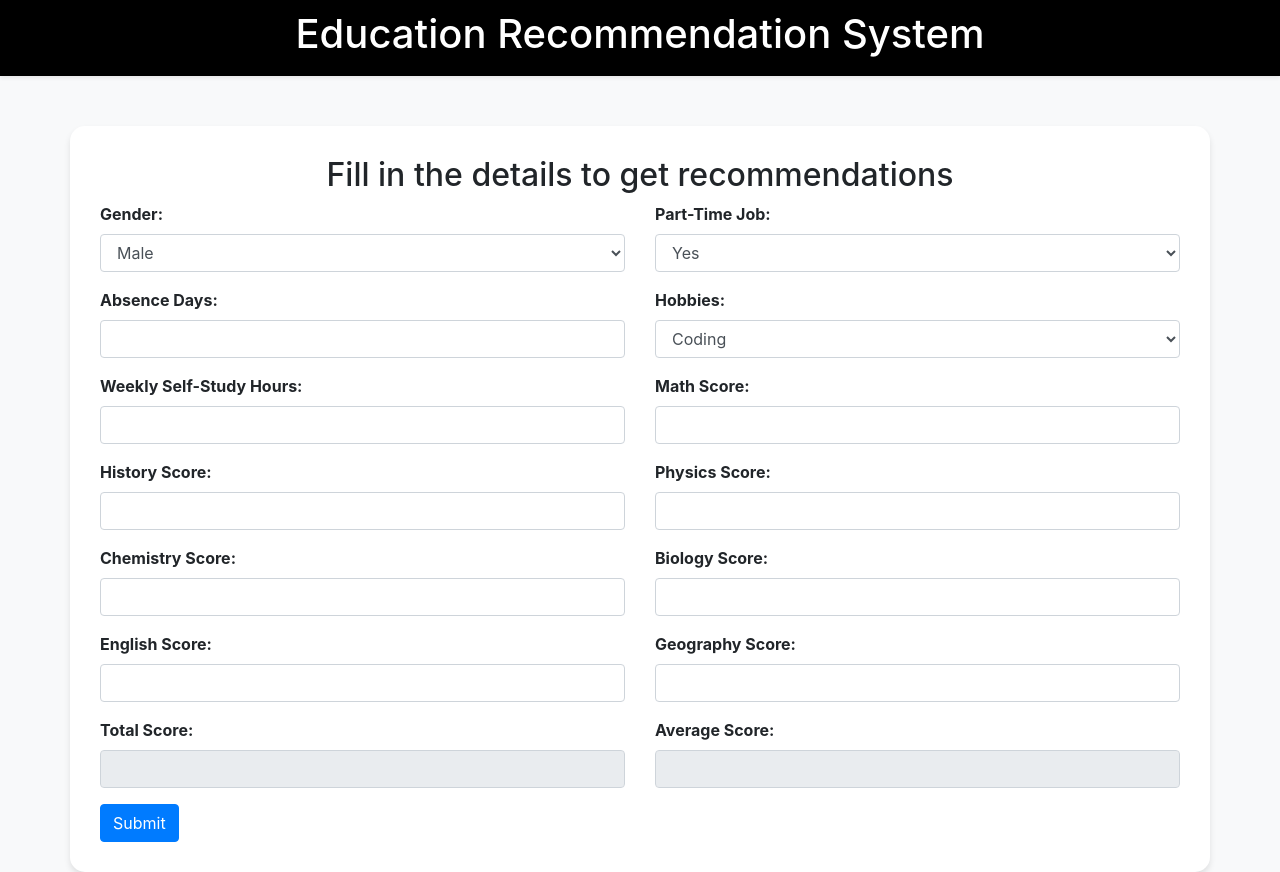
Repository: Srikeerthi05/Smart-career-guidance-system
Page: http://localhost/recommend
These files come from the project's save history. The page is drawn as it stood at one moment and after a run of saves; the edit follows.
The browser window is 1280 px wide. The pictures show the whole page.
Some web libraries are served in a nearby version. The page is served by the project's application, run on Flask 3 (app.py).

Above is the page before, as saved 2025-06-01 22:57:14.

### templates/recommend.html

<!DOCTYPE html>
<html lang="en">
<head>
    <meta charset="UTF-8">
    <meta name="viewport" content="width=device-width, initial-scale=1.0">
    <title>Studies Recommendation</title>
    <link rel="stylesheet" href="https://maxcdn.bootstrapcdn.com/bootstrap/4.5.2/css/bootstrap.min.css">
    <style>
        body {
            background-color: #f8f9fa;
        }

        .container {
            margin-top: 50px;
            border-radius: 15px;
            box-shadow: 0 4px 6px rgba(0, 0, 0, 0.1);
            padding: 30px;
            background-color: #fff;
        }

        .form-group label {
            font-weight: bold;
        }
    </style>
    <script>
        function calculateScores() {
            var mathScore = parseFloat(document.getElementById("math_score").value);
            var historyScore = parseFloat(document.getElementById("history_score").value);
            var physicsScore = parseFloat(document.getElementById("physics_score").value);
            var chemistryScore = parseFloat(document.getElementById("chemistry_score").value);
            var biologyScore = parseFloat(document.getElementById("biology_score").value);
            var englishScore = parseFloat(document.getElementById("english_score").value);
            var geographyScore = parseFloat(document.getElementById("geography_score").value);

            var totalScore = mathScore + historyScore + physicsScore + chemistryScore + biologyScore + englishScore + geographyScore;
            var averageScore = totalScore / 7;

            document.getElementById("total_score").value = totalScore.toFixed(2);
            document.getElementById("average_score").value = averageScore.toFixed(2);
        }
    </script>
</head>
<body>
<div class="mynav shadow-sm" style="background:black; color:white;font-weight:bold; padding:10px;width:100%;">
        <h1 class="text-center">Education Recommendation System</h1>
    </div>
<div class="container">
    <h2 class="text-center">Fill in the details to get recommendations</h2>
    <form method="post" action="/pred">
        <div class="row">
            <div class="col-md-6">
                <div class="form-group">
                    <label for="gender">Gender:</label>
                    <select class="form-control" id="gender" name="gender">
                        <option value="male">Male</option>
                        <option value="female">Female</option>
                    </select>
                </div>
            </div>
            <div class="col-md-6">
                <div class="form-group">
                    <label for="part_time_job">Part-Time Job:</label>
                    <select class="form-control" id="part_time_job" name="part_time_job">
                        <option value="true">Yes</option>
                        <option value="false">No</option>
                    </select>
                </div>
            </div>
        </div>
        <div class="row">
            <div class="col-md-6">
                <div class="form-group">
                    <label for="absence_days">Absence Days:</label>
                    <input type="number" class="form-control" id="absence_days" name="absence_days">
                </div>
            </div>
            <div class="col-md-6">
                <div class="form-group">
                    <label for="hobbies">Hobbies:</label>
                    <select class="form-control" id="hobbies" name="hobbies">
                         <option value="coding">Coding</option>
                        <option value="writing">Writing</option>
                        <option value="drawing">Drawing</option>
                        <option value="sports">Sports</option>
                        <option value="music">Music</option>
                        <option value="public_speaking">Public Speaking</option>
                        <option value="gaming">Gaming</option>
                        <option value="photography">Photography</option>
                    </select>
                </div>
            </div>
        </div>
        <div class="row">
            <div class="col-md-6">
                <div class="form-group">
                    <label for="weekly_self_study_hours">Weekly Self-Study Hours:</label>
                    <input type="number" class="form-control" id="weekly_self_study_hours" name="weekly_self_study_hours">
                </div>
            </div>
            <div class="col-md-6">
                <div class="form-group">
                    <label for="math_score">Math Score:</label>
                    <input type="number" class="form-control" id="math_score" name="math_score" onchange="calculateScores()">
                </div>
            </div>
        </div>
        <div class="row">
            <div class="col-md-6">
                <div class="form-group">
                    <label for="history_score">History Score:</label>
                    <input type="number" class="form-control" id="history_score" name="history_score" onchange="calculateScores()">
                </div>
            </div>
            <div class="col-md-6">
                <div class="form-group">
                    <label for="physics_score">Physics Score:</label>
                    <input type="number" class="form-control" id="physics_score" name="physics_score" onchange="calculateScores()">
                </div>
            </div>
        </div>
        <div class="row">
            <div class="col-md-6">
                <div class="form-group">
                    <label for="chemistry_score">Chemistry Score:</label>
                    <input type="number" class="form-control" id="chemistry_score" name="chemistry_score" onchange="calculateScores()">
                </div>
            </div>
            <div class="col-md-6">
                <div class="form-group">
                    <label for="biology_score">Biology Score:</label>
                    <input type="number" class="form-control" id="biology_score" name="biology_score" onchange="calculateScores()">
                </div>
            </div>
        </div>
        <div class="row">
            <div class="col-md-6">
                <div class="form-group">
                    <label for="english_score">English Score:</label>
                    <input type="number" class="form-control" id="english_score" name="english_score" onchange="calculateScores()">
                </div>
            </div>
            <div class="col-md-6">
                <div class="form-group">
                    <label for="geography_score">Geography Score:</label>
                    <input type="number" class="form-control" id="geography_score" name="geography_score" onchange="calculateScores()">
                </div>
            </div>
        </div>
        <div class="row">
            <div class="col-md-6">
                <div class="form-group">
                    <label for="total_score">Total Score:</label>
                    <input type="number" class="form-control" id="total_score" name="total_score" readonly>
                </div>
            </div>
            <div class="col-md-6">
                <div class="form-group">
                    <label for="average_score">Average Score:</label>
                    <input type="number" step="0.000001" class="form-control" id="average_score" name="average_score" readonly>
                </div>
            </div>
        </div>
        <!-- Add more form fields here as needed -->

        <button type="submit" class="btn btn-primary">Submit</button>
    </form>
</div>

</body>
</html>

### app.py
# pip install scikit-learn==1.3.2
# pip install numpy
# pip install flask


# load packages==============================================================
from flask import Flask, render_template, request
import pickle
import numpy as np

app = Flask(__name__)

# Load the scaler, label encoder, model, and class names=====================
scaler = pickle.load(open("scaler.pkl", 'rb'))
model = pickle.load(open("model.pkl", 'rb'))
class_names = ['Lawyer', 'Doctor', 'Government Officer', 'Artist',
               'Software Engineer', 'Teacher', 'Business Owner', 'Scientist',
               'Banker', 'Writer', 'Accountant', 'Designer',
               'Construction Engineer', 'Game Developer', 'Stock Investor',
               'Real Estate Developer']

# Recommendations ===========================================================
def Recommendations(gender, part_time_job, absence_days, extracurricular_activities,
                    weekly_self_study_hours, math_score, history_score, physics_score,
                    chemistry_score, biology_score, english_score, geography_score,
                    total_score, average_score):
    # Encode categorical variables
    gender_encoded = 1 if gender.lower() == 'female' else 0
    part_time_job_encoded = 1 if part_time_job else 0
    extracurricular_activities_encoded = 1 if extracurricular_activities else 0

    # Create feature array
    feature_array = np.array([[gender_encoded, part_time_job_encoded, absence_days, extracurricular_activities_encoded,
                               weekly_self_study_hours, math_score, history_score, physics_score,
                               chemistry_score, biology_score, english_score, geography_score, total_score,
                               average_score]])

    # Scale features
    scaled_features = scaler.transform(feature_array)

    # Predict using the model
    probabilities = model.predict_proba(scaled_features)

    # Get top five predicted classes along with their probabilities
    top_classes_idx = np.argsort(-probabilities[0])[:3]
    top_classes_names_probs = [(class_names[idx], probabilities[0][idx]) for idx in top_classes_idx]

    return top_classes_names_probs



@app.route('/')
def home():
    return render_template('home.html')

@app.route('/recommend')
def recommend():
    return render_template('recommend.html')

@app.route('/pred', methods=['POST','GET'])
def pred():
    if request.method == 'POST':
        gender = request.form['gender']
        part_time_job = request.form['part_time_job'] == 'true'
        absence_days = int(request.form['absence_days'])
        hobbies = request.form.getlist('hobbies')
        weekly_self_study_hours = int(request.form['weekly_self_study_hours'])
        math_score = int(request.form['math_score'])
        history_score = int(request.form['history_score'])
        physics_score = int(request.form['physics_score'])
        chemistry_score = int(request.form['chemistry_score'])
        biology_score = int(request.form['biology_score'])
        english_score = int(request.form['english_score'])
        geography_score = int(request.form['geography_score'])
        total_score = float(request.form['total_score'])
        average_score = float(request.form['average_score'])

        hobbies_flag=True if hobbies else False
        recommendations = Recommendations(gender, part_time_job, absence_days,hobbies,
                                          weekly_self_study_hours, math_score, history_score, physics_score,
                                          chemistry_score, biology_score, english_score, geography_score,
                                          total_score, average_score)

        return render_template('results.html', recommendations=recommendations)
    return render_template('home.html')


if __name__ == '__main__':
    app.run(debug=True)

After the next 2 saves:
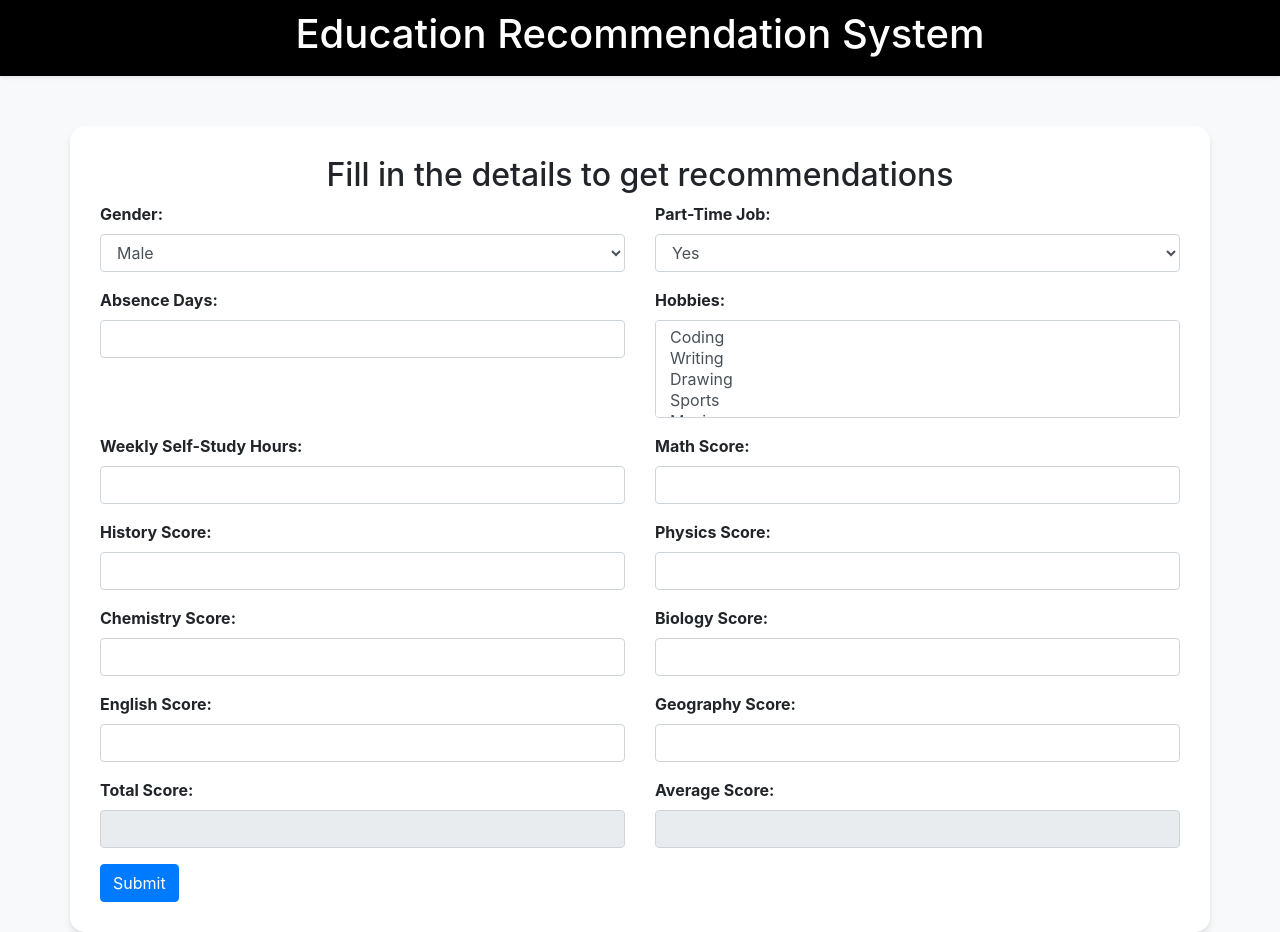
The 2 saves are shown as one change because they came seconds apart.
The last was saved 2 min 40 s later.
--- a/templates/recommend.html
+++ b/templates/recommend.html
@@ -78,7 +78,7 @@
             <div class="col-md-6">
                 <div class="form-group">
                     <label for="hobbies">Hobbies:</label>
-                    <select class="form-control" id="hobbies" name="hobbies">
+                    <select class="form-control" id="hobbies" name="hobbies" multiple>
                          <option value="coding">Coding</option>
                         <option value="writing">Writing</option>
                         <option value="drawing">Drawing</option>

After the 3 saves that followed:
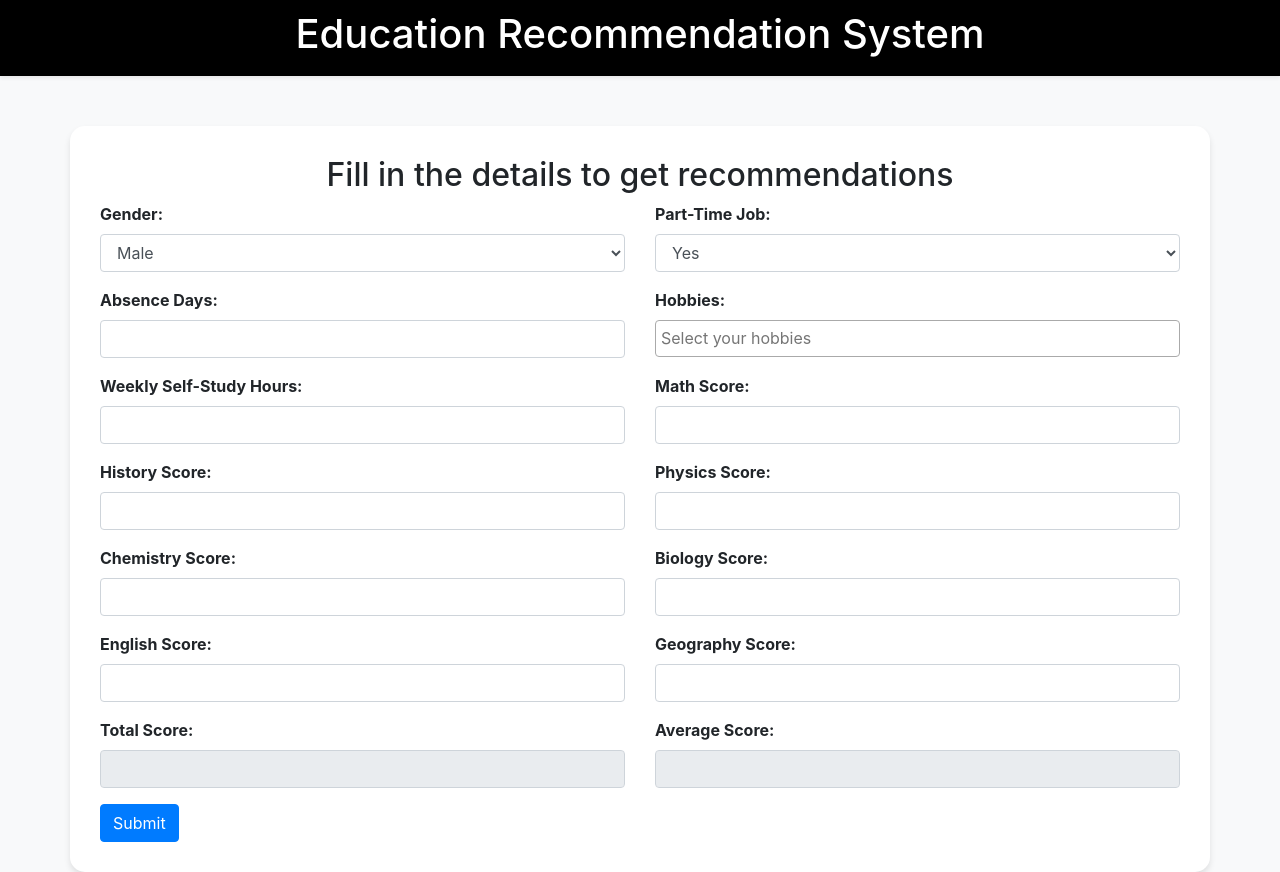
The 3 saves are shown as one change because 1 left the picture as it was and some came seconds apart.
The last was saved 2 min 11 s later.
--- a/templates/recommend.html
+++ b/templates/recommend.html
@@ -2,6 +2,13 @@
 <!DOCTYPE html>
 <html lang="en">
 <head>
+    <!-- Include jQuery -->
+<script src="https://code.jquery.com/jquery-3.6.0.min.js"></script>
+
+<!-- Include Select2 CSS & JS -->
+<link href="https://cdn.jsdelivr.net/npm/select2@4.1.0-rc.0/dist/css/select2.min.css" rel="stylesheet" />
+<script src="https://cdn.jsdelivr.net/npm/select2@4.1.0-rc.0/dist/js/select2.min.js"></script>
+
     <meta charset="UTF-8">
     <meta name="viewport" content="width=device-width, initial-scale=1.0">
     <title>Studies Recommendation</title>
@@ -166,6 +173,15 @@
         <button type="submit" class="btn btn-primary">Submit</button>
     </form>
 </div>
+<script>
+  $(document).ready(function() {
+    $('#hobbies').select2({
+      placeholder: "Select your hobbies",
+      allowClear: true
+    });
+  });
+</script>
+
 
 </body>
 </html>
